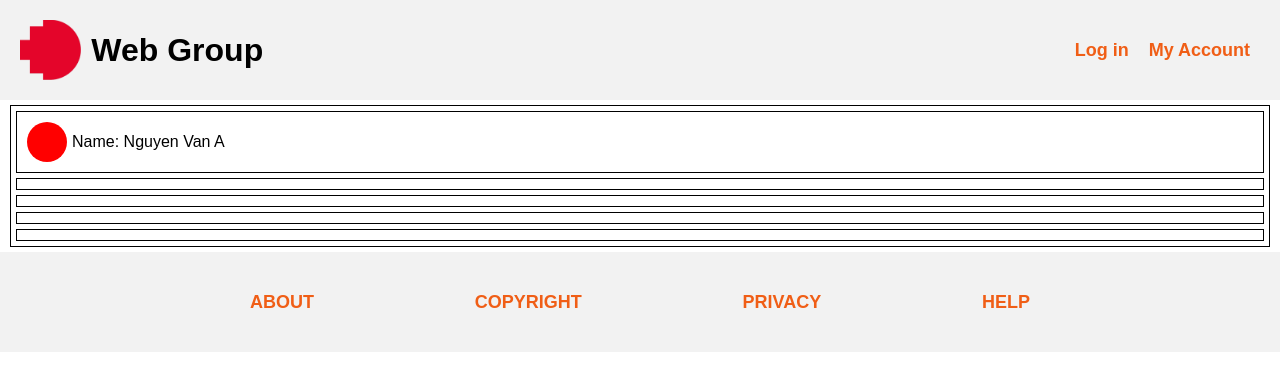
Repository: quynguyn/shoopingweb
Page: shipper.html
These files come from the project's save history. The page is drawn as it stood at one moment and after a run of saves; the edit follows.
The browser window is 1280 px wide. The pictures show the whole page.

Above is the page before, as saved 2023-05-04 15:04:24.

### shipper.html
<!DOCTYPE html>
<html lang="en">

<head>
	<meta charset="UTF-8">
	<meta http-equiv="X-UA-Compatible" content="IE=edge">
	<meta name="viewport" content="width=device-width, initial-scale=1.0">
	<title>Shipper</title>
	<link rel="stylesheet" href="Asset/CSS/style.css">
	<link rel="stylesheet" href="Asset/CSS/shipper.css">
</head>

<body>
	<!-- Header of the page -->
	<header>
		<div class="logo">
			<img src="logo.png" alt="Web Group Logo">
			<h1>Web Group</h1>
		</div>
		<nav>
			<ul>
				<li><a href="#">Log in</a></li>
				<li><a href="#">My Account</a></li>
			</ul>
		</nav>
	</header>
	<div class="main-container">
		<div class="orders-container">
			<div class="order">
				<div class="activity">
					<svg height="50" width="50">
						<circle cx="25" cy="25" r="20" fill="red" />
					</svg>
				</div>

				<div class="information-container">
					<div class="information">
						<p>Name:&nbsp;</p>
						<p class="name">Nguyen Van A</p>
					</div>
				</div>
			</div>
			<div class="order">

			</div>
			<div class="order">

			</div>
			<div class="order">

			</div>
			<div class="order">

			</div>
		</div>
	</div>
	<!-- Footer of the page -->
	<footer>
		<div class="footer-links">
			<a href="#">About</a>
			<a href="#">Copyright</a>
			<a href="#">Privacy</a>
			<a href="#">Help</a>
		</div>
	</footer>

</body>

</html>

### Asset/CSS/style.css
/* Reset CSS */
:root {
    --main-color: #F58216;
    --primary-color: #ffb347;
    --secondary-color: #f05e16;
    --white-color: #f2f2f2;
    /* change the name */
}

/* Reset CSS  */
* {
    padding: 0;
    margin: 0;
    box-sizing: border-box;
    text-decoration: none;
    font-family: Arial, Helvetica, sans-serif;
}

/* Header CSS */
header {
    height: 100px;
    background-color:var(--white-color);
    display: flex;
    justify-content: space-between;
    align-items: center;
    padding: 0 20px;
  }

  .logo {
    display: flex;
    align-items: center;
  }

  .logo img {
    height: 60px;
    margin-right: 10px;
  }

  nav ul {
    display: flex;
    list-style: none;
    margin: 0;
    padding: 0;


  }

  nav ul li {
    margin: 0 10px;
  }

  nav ul li a {
    text-decoration: none;
    font-size: 18px;
    font-weight: bold;
    color: var(--secondary-color);
  }

  /* Footer css */
  footer {
    height: 100px;
    background-color: var(--white-color);
    display: flex;
    justify-content: center;
    align-items: center;
    color: var(--white-color);
  }

  footer div {
    display: flex;
    justify-content: space-between;
    width: 80%;
    max-width: 800px;
  }

  footer div a {
    color: var(--secondary-color);
    text-decoration: none;
    margin: 0 10px;
    text-transform: uppercase;
    font-weight: bold;
    font-size: large;
  }

### Asset/CSS/shipper.css
.main-container {
	margin: 5px;
}

.orders-container {
	margin: 5px;
	border: 1px solid black;
}

.order {
	margin: 5px;
	border: 1px solid black;
	padding: 5px;
	display: flex;
	flex-direction: row;
	align-items: center;
}

.activity {
	width: 50px;
	height: 50px;
}

.information {
	display: flex;
	flex-direction: row;
	align-items: center;
}

After the next 2 saves:
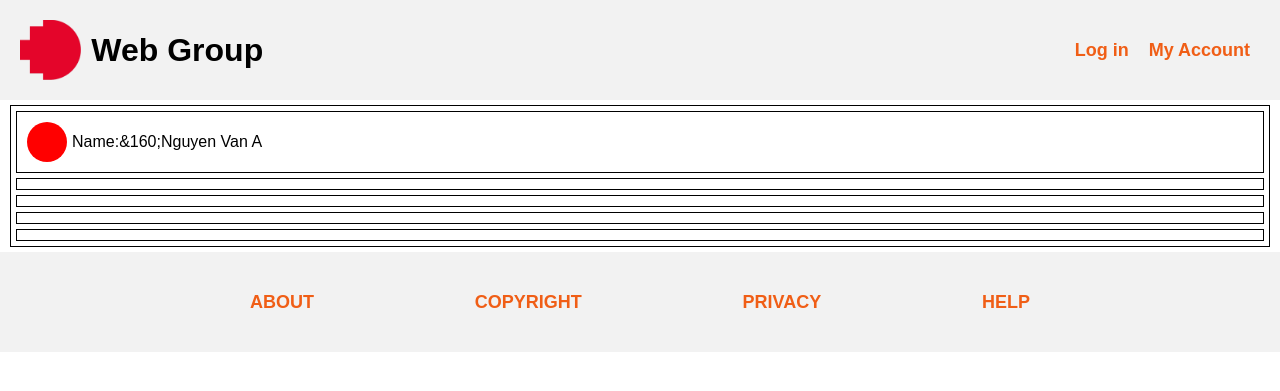
The 2 saves are shown as one change because they came seconds apart.
The last was saved 15 s later.
--- a/shipper.html
+++ b/shipper.html
@@ -35,7 +35,7 @@
 
 				<div class="information-container">
 					<div class="information">
-						<p>Name:&nbsp;</p>
+						<p>Name:&160;</p>
 						<p class="name">Nguyen Van A</p>
 					</div>
 				</div>

After the save that followed:
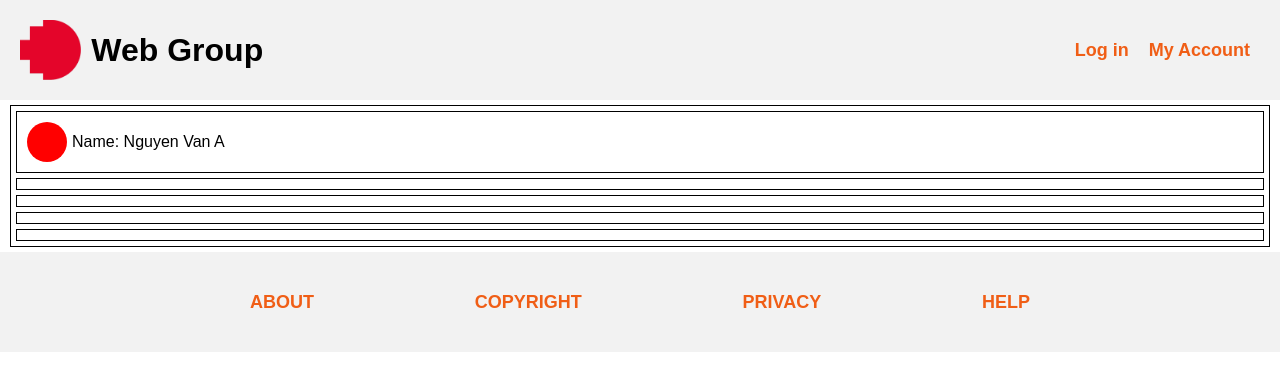
Saved 5 s later.
--- a/shipper.html
+++ b/shipper.html
@@ -35,7 +35,7 @@
 
 				<div class="information-container">
 					<div class="information">
-						<p>Name:&160;</p>
+						<p>Name:&#160;</p>
 						<p class="name">Nguyen Van A</p>
 					</div>
 				</div>
